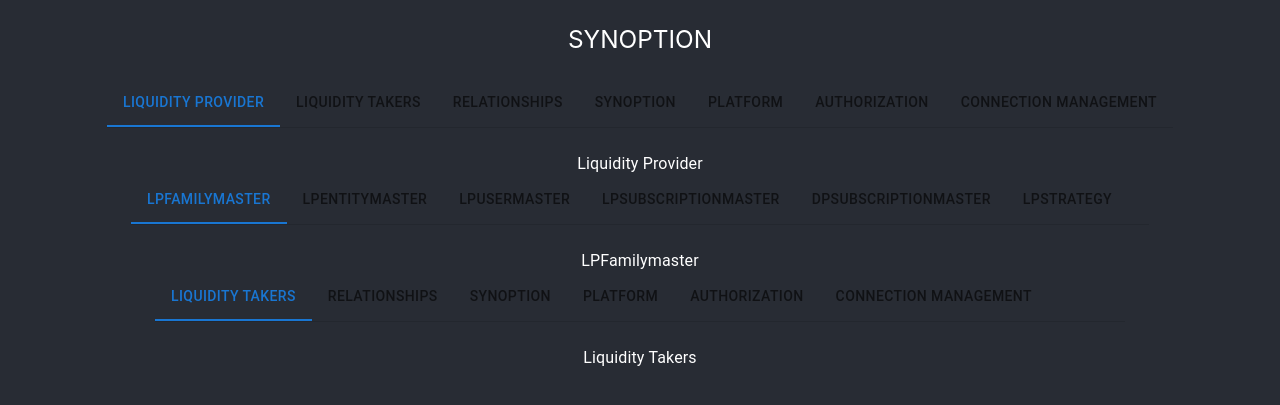
Repository: Kanika-tech/project-demo
Page: /
These files come from the project's save history. The page is drawn as it stood at one moment and after the next save; the edit follows.
The browser window is 1280 px wide. The pictures show the whole page.
The project was rebuilt for these pictures with package versions that can differ from the ones it lists, and the page was loaded fresh each time.

Above is the page before, as saved 2021-12-11 21:58:57.

After the next save:
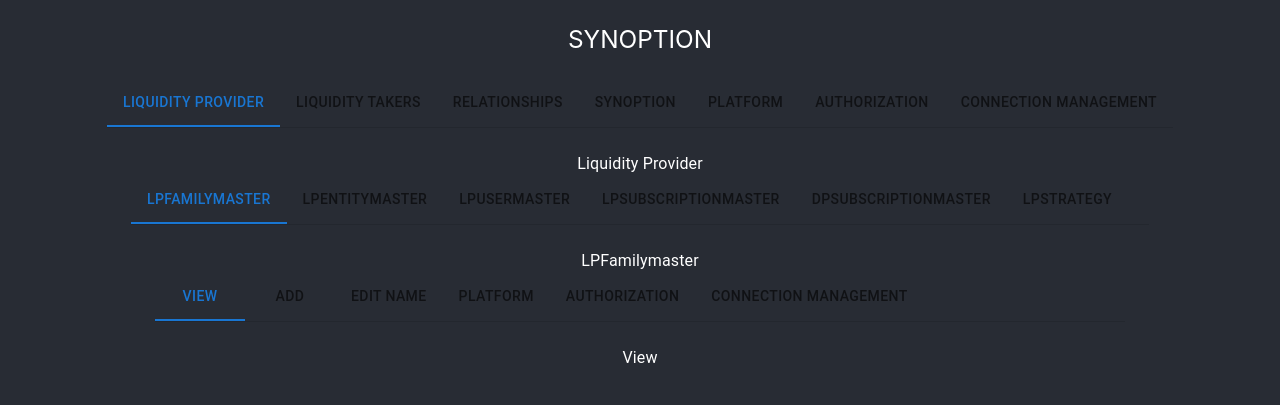
Saved 46 s later.
--- a/src/MockData/dashboard-data.js
+++ b/src/MockData/dashboard-data.js
@@ -9,13 +9,13 @@
                     tabGroup: true,
                     TOP_LEVEL: [
                         {
-                            title: 'Liquidity Takers'
+                            title: 'View'
                         },
                        {
-                            title: 'Relationships'
+                            title: 'Add'
                         },
                        {
-                            title: 'Synoption'
+                            title: 'Edit Name'
                         },
                         {
                             title: 'Platform'
